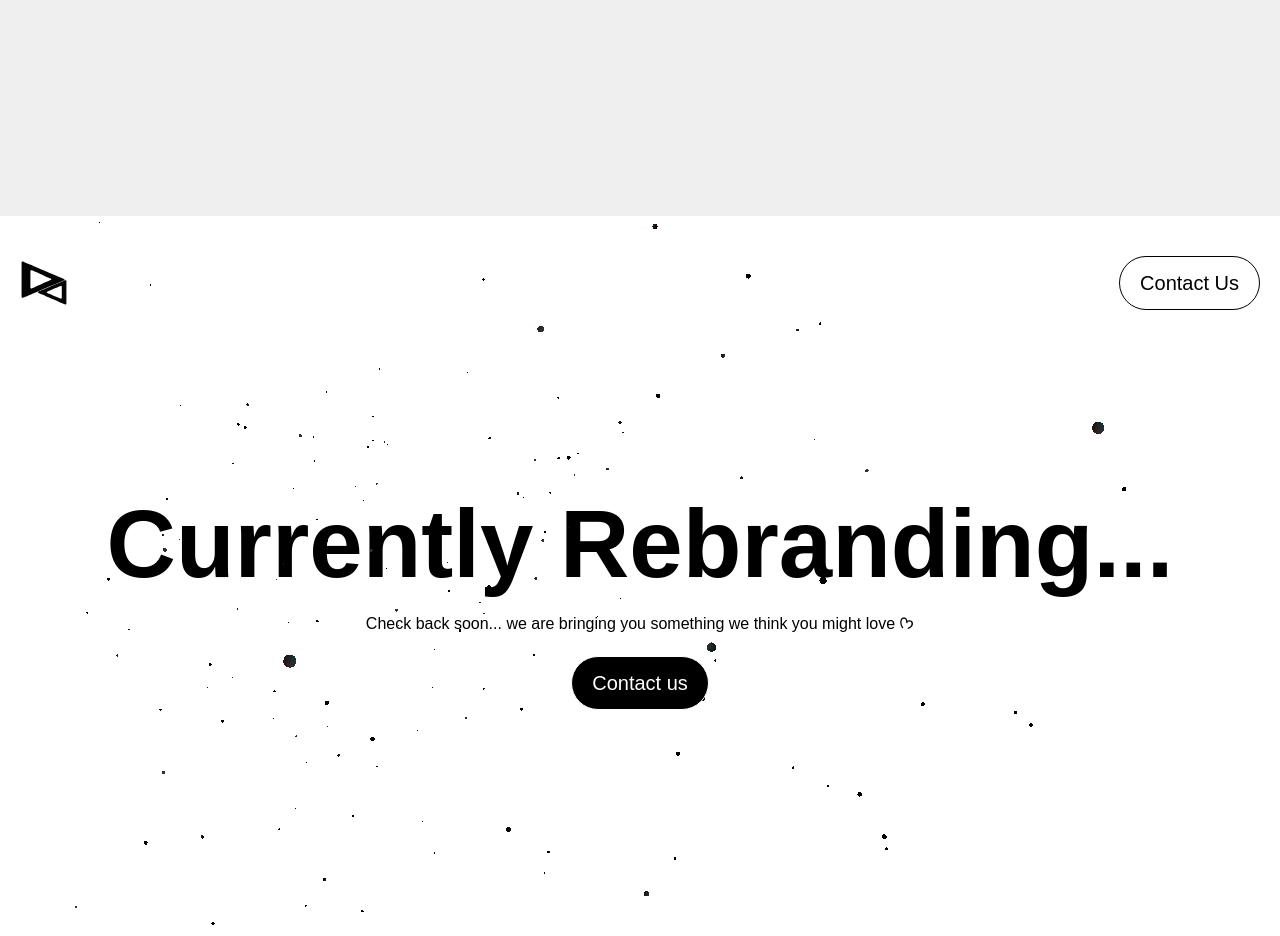
Repository: Cybugg/Nexxistudios-new
Page: /
An editor plug-in stored every save of this project. The page is shown before and after the next save, followed by the edit.
The browser window is 1280 px wide. The pictures show the whole page.
The project was rebuilt for these pictures with package versions that can differ from the ones it lists, and the page was loaded fresh each time. The framework's server and built-in components were replaced by stand-ins that run in the browser. Also part of the build but not shown: next.config.mjs.

Above is the page before, as saved 2025-09-06 16:07:45.

After the next save:
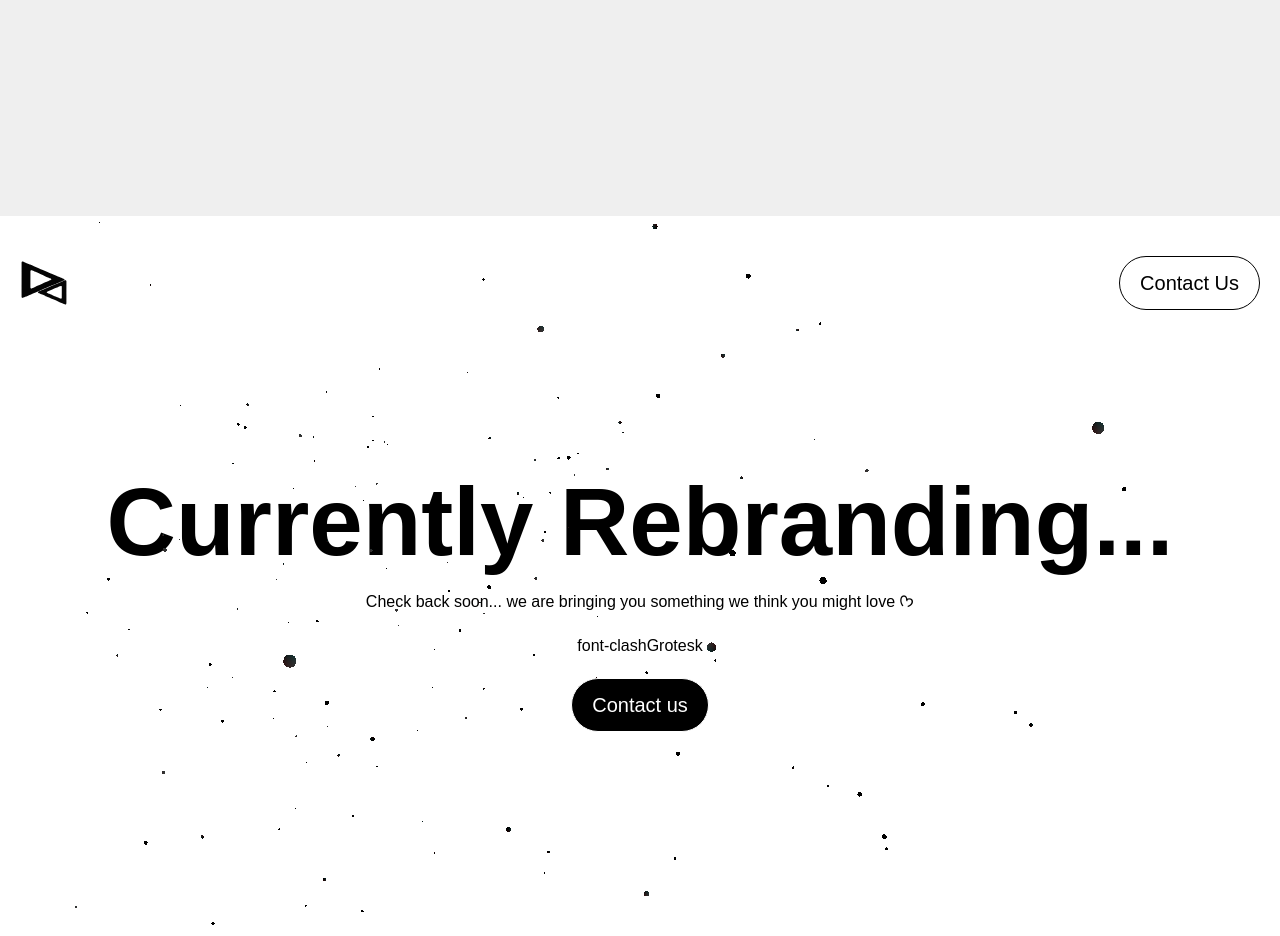
Saved 12 s later.
--- a/app/components/hero.js
+++ b/app/components/hero.js
@@ -16,7 +16,7 @@ Currently Rebranding...
 {/* Sub-text */}
 <p className="">
   Check back soon... we are bringing you something we think you might love ᡣ𐭩
-</p>
+</p> font-clashGrotesk
 {/* CTA Button */}
 <button className="py-3 px-5 text-xl rounded-full border cursor-pointer bg-black text-white z-50">
   Contact us
